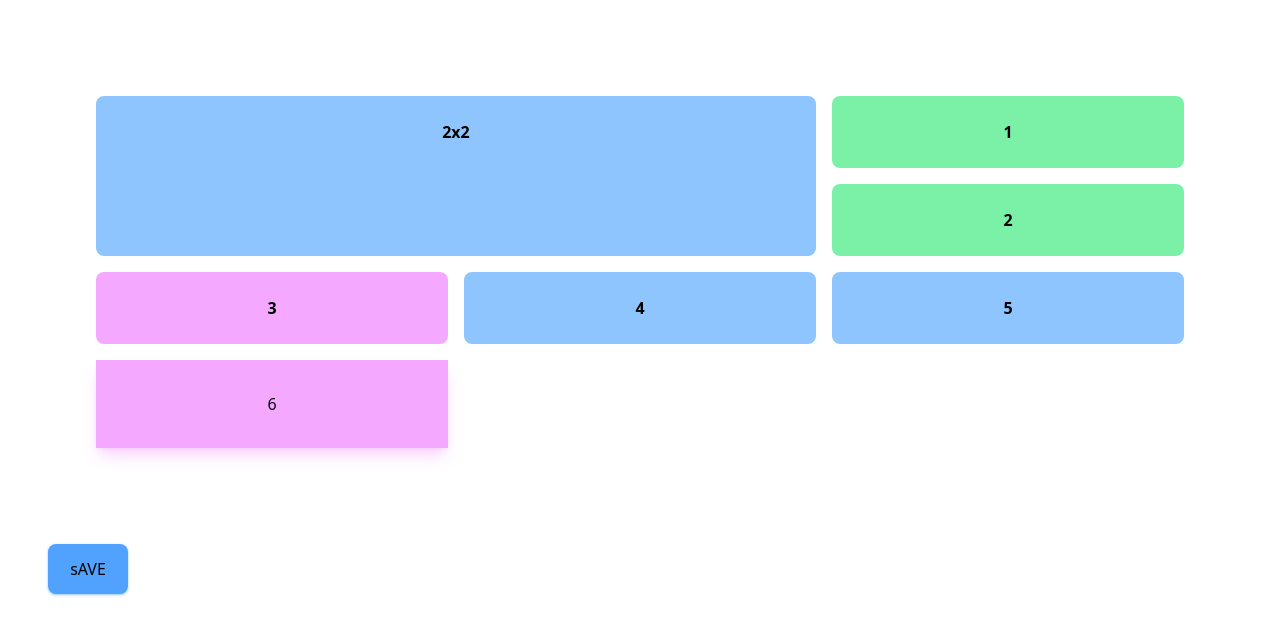
Repository: Abdulahi338/TailwindCss-exercise
Page: Exercise3/index.html
An editor plug-in stored every save of this project. The page is shown before and after a run of saves, followed by the edit.
The browser window is 1280 px wide. The pictures show the whole page.

Above is the page before, as saved 2025-08-12 17:58:55.

### Exercise3/index.html
<!DOCTYPE html>
<html lang="en">
<head>
    <meta charset="UTF-8">
    <meta name="viewport" content="width=device-width, initial-scale=1.0">
        <script src="https://cdn.jsdelivr.net/npm/@tailwindcss/browser@4"></script>

    <title>Exercise 2</title>
</head>
<body>

    <div class="grid grid-cols-3 grid-rwos-3 gap-4 m-24 text-center">
        <div class="bg-blue-300 p-6 font-bold col-span-2 row-span-2 rounded-lg"">2x2</div>
        <div class="bg-green-300 p-6 font-bold rounded-lg">1</div>
        <div class="bg-green-300 p-6 font-bold rounded-lg"">2</div>
        <div class="bg-fuchsia-300 p-6 font-bold rounded-lg"">3</div>
        <div class="bg-blue-300 p-6 font-bold rounded-lg"">4</div>
        <div class="bg-blue-300 p-6 font-bold rounded-lg"">5</div>
        <div class="bg-fuchsia-300 p-8 font-med shadow-lg shadow-fuchsia-300/50">6</div>

    </div>
            <button class="ml-12 rounded-lg shadow shadow-blue-400/50 w-[80px] h-[50px] bg-blue-400">sAVE</button>



</body>
</html>

After the next 7 saves:
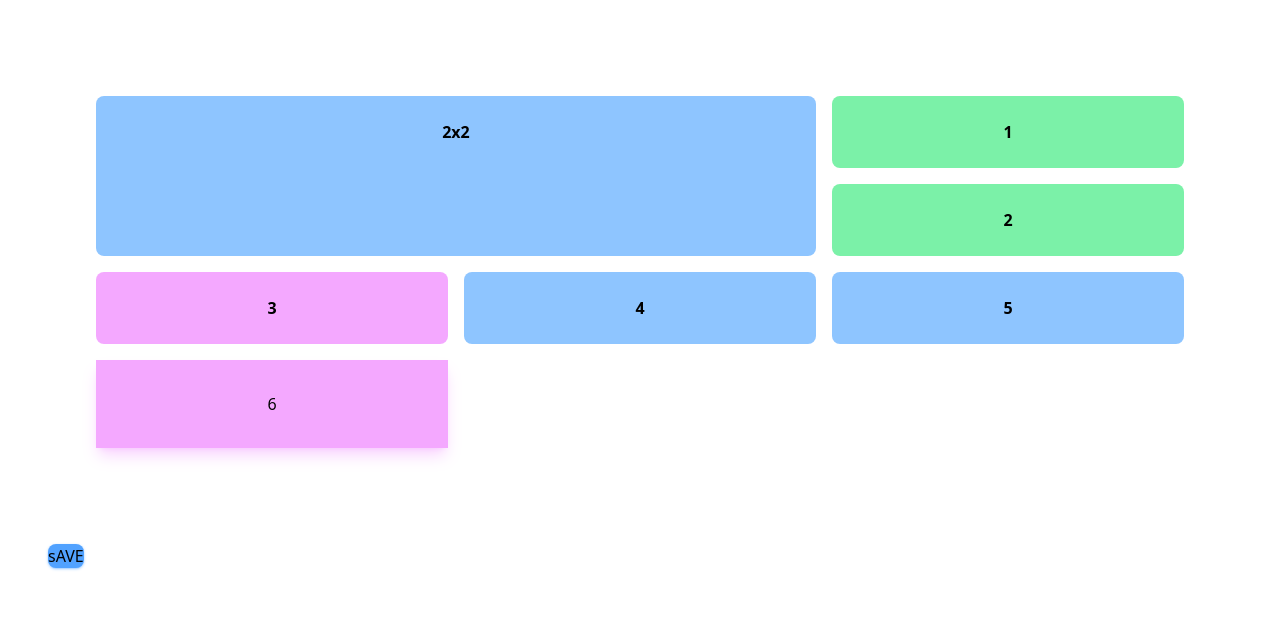
The 7 saves are shown as one change because they came seconds apart.
The last was saved 43 s later.
--- a/Exercise3/index.html
+++ b/Exercise3/index.html
@@ -19,7 +19,7 @@
         <div class="bg-fuchsia-300 p-8 font-med shadow-lg shadow-fuchsia-300/50">6</div>
 
     </div>
-            <button class="ml-12 rounded-lg shadow shadow-blue-400/50 w-[80px] h-[50px] bg-blue-400">sAVE</button>
+            <button class="ml-12 rounded-lg shadow shadow-blue-400/50 hoverh-[50px] bg-blue-400">sAVE</button>
 
 
 
